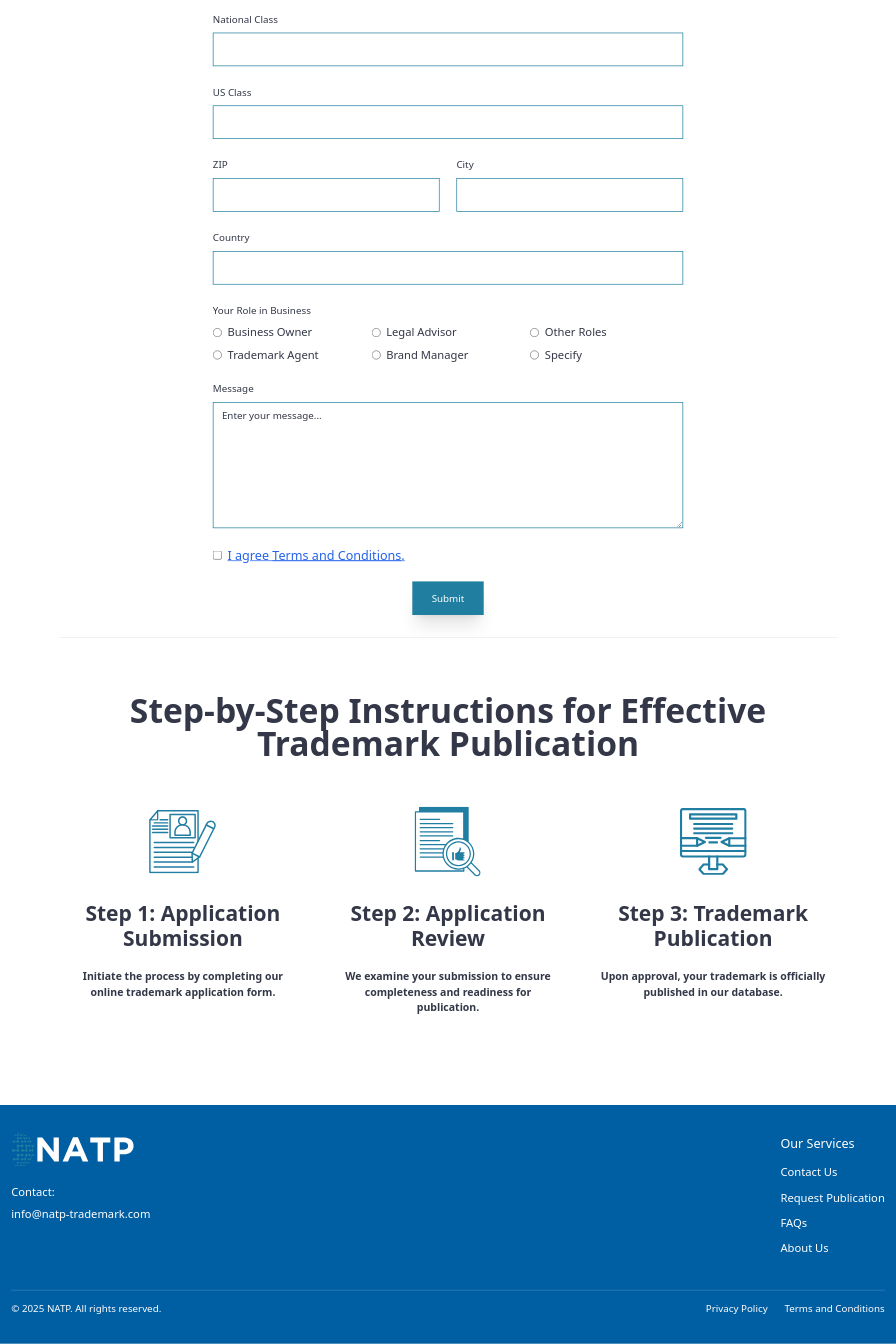
Repository: raushan22882917/natp-preview
Page: /apply
An editor plug-in stored every save of this project. The page is shown before and after the next save, followed by the edit.
The browser window is 1280 px wide. The pictures show the part of the page from y = 1421 to 3341 px (the page is 3341 px tall before and 3333 px after), at 70% of full size.
The project was rebuilt for these pictures with package versions that can differ from the ones it lists, and the page was loaded fresh each time. Also part of the build but not shown: vite.config.ts, src/components/ui/tooltip.tsx, src/components/Hero.tsx, src/hooks/use-hash-scroll.tsx, src/pages/Index.tsx, src/pages/About.tsx, src/components/TrademarkCard.tsx, src/pages/Search.tsx and 31 more.

Above is the page before, as saved 2025-05-10 23:55:21.

### index.html
<!DOCTYPE html>
<html lang="en">
  <head>
    <meta charset="UTF-8" />
    <meta name="viewport" content="width=device-width, initial-scale=1.0" />
    <title>NATP</title>
    <meta name="description" content="Trademark Publication and Registration Services" />
    <meta name="author" content="Trademark Publication" />
    <link rel="icon" type="image/png" href="/trade.png" />
    <link rel="apple-touch-icon" href="/trade.png" />

    <meta property="og:title" content="Trademark Publication" />
    <meta property="og:description" content="Trademark Publication and Registration Services" />
    <meta property="og:type" content="website" />
    <meta property="og:image" content="/images/og-image.png" />

    <meta name="twitter:card" content="summary_large_image" />
    <meta name="twitter:image" content="/images/og-image.png" />

    <!-- Start Single Page Apps for GitHub Pages -->
    <script type="text/javascript">
      // Single Page Apps for GitHub Pages/Vercel
      // MIT License
      // https://github.com/rafgraph/spa-github-pages
      (function(l) {
        if (l.search[1] === '/' ) {
          var decoded = l.search.slice(1).split('&').map(function(s) {
            return s.replace(/~and~/g, '&')
          }).join('?');
          window.history.replaceState(null, null,
              l.pathname.slice(0, -1) + decoded + l.hash
          );
        }
      }(window.location))
    </script>
    <!-- End Single Page Apps for GitHub Pages -->
  </head>

  <body>
    <div id="root"></div>
    <script type="module" src="/src/main.tsx"></script>
  </body>
</html>

### src/components/ui/toaster.tsx
import { useToast } from "@/hooks/use-toast"
import {
  Toast,
  ToastClose,
  ToastDescription,
  ToastProvider,
  ToastTitle,
  ToastViewport,
} from "@/components/ui/toast"

export function Toaster() {
  const { toasts } = useToast()

  return (
    <ToastProvider>
      {toasts.map(function ({ id, title, description, action, ...props }) {
        return (
          <Toast key={id} {...props}>
            <div className="grid gap-1">
              {title && <ToastTitle>{title}</ToastTitle>}
              {description && (
                <ToastDescription>{description}</ToastDescription>
              )}
            </div>
            {action}
            <ToastClose />
          </Toast>
        )
      })}
      <ToastViewport />
    </ToastProvider>
  )
}

### src/pages/Apply.tsx
import { useState } from "react";
import { Navbar } from "@/components/Navbar";
import { Input } from "@/components/ui/input";
import { Button } from "@/components/ui/button";
import { Checkbox } from "@/components/ui/checkbox";
import { Textarea } from "@/components/ui/textarea";
import { Label } from "@/components/ui/label";
import { handleApplicationSubmit } from "@/lib/form-handlers";
import { Footer } from "@/components/Footer";

export default function Apply() {
  const [formData, setFormData] = useState({
    first_name: "",
    last_name: "",
    email: "",
    phone: "",
    company: "",
    trademark: "",
    application_number: "",
    application_date: "",
    class: "",
    us_class: "",
    zip: "",
    city: "",
    country: "",
    role: "",
    message: "",
    agree: false,
  });

  const handleSubmit = async (e: React.FormEvent) => {
    e.preventDefault();
    if (await handleApplicationSubmit(formData)) {
      setFormData({
        first_name: "",
        last_name: "",
        email: "",
        phone: "",
        company: "",
        trademark: "",
        application_number: "",
        application_date: "",
        class: "",
        us_class: "",
        zip: "",
        city: "",
        country: "",
        role: "",
        message: "",
        agree: false,
      });
    }
  };

  return (
    <div className="min-h-screen">
      <Navbar />

      {/* Hero Section */}
      <div className=" min-h-[200px] flex items-center justify-center">
        <div className="text-center">
          <h1 className="text-3xl md:text-6xl font-semibold  mb-6 text-[#333747]">
          Application To Publish Your Trademark
          </h1>
          <p className="text-[20px] text-[#333747]">
          Submit your trademark to our exclusive database and enhance brand visibility today.
          </p>
        </div>
      </div>

      <div className="max-w-6xl mx-auto py-12 px-4">
        <div className="mb-12">

          <h2 className="text-5xl font-semibold mb-6 text-[#333747]">
          Strengthen Brand Visibility Through Trademark Publication
          </h2>
          <p className="text-[#333747] text-lg mb-10 font-semibold">
          The publication of a trademark is a key measure for establishing brand recognition and building credibility. By making your trademark publicly accessible, you position your brand for increased distinction within a competitive market environment.
          </p>
          <ul className="space-y-2">
            <li className="flex items-center gap-2">
              <div className="w-7 h-7 flex items-center justify-center">
                <img
                  src="/images/1.svg"
                  alt=""
                />
              </div>
              <span className="font-semibold text-[#333747]">
                Enhance recognition and strengthen your brand’s position in the market.
              </span>
            </li>
            <li className="flex items-center gap-2">
              <div className="w-7 h-7 flex items-center justify-center">
                <img
                  src="/images/1.svg"
                  alt=""
                />
              </div>
              <span className="font-semibold text-[#333747]">
              Enhance recognition and strengthen your brand’s position in the market.
              </span>
            </li>
            <li className="flex items-center gap-2">
              <div className="w-7 h-7 flex items-center justify-center">
                <img
                  src="/images/1.svg"
                  alt=""
                />
              </div>
              <span className="font-semibold text-[#333747]">
              Appeal to prospective clients by presenting a clearly defined and protected trademark.
              </span>
            </li>
          </ul>
        </div>

        <div className=" p-8 rounded-lg shadow-sm">
          <h3 className="text-4xl font-semibold mb-6 text-center text-[#333747]">
            Trademark Inquiry
          </h3>
          <p className="text-[#333747] mb-8 text-center text-xl">
          Please fill out the form to initiate your trademark publication request.
          </p>

          <form onSubmit={handleSubmit} className="max-w-2xl mx-auto space-y-6">
            <div className="grid md:grid-cols-2 gap-6">
              <div className="space-y-2">
                <Label htmlFor="firstName" className="text-[#333747]">
                  First Name
                </Label>
                <Input
                  id="firstName"
                  value={formData.first_name}
                  className="h-[48px] text-[#333747] border border-[#207ea0]"
                  onChange={(e) =>
                    setFormData((prev) => ({
                      ...prev,
                      first_name: e.target.value,
                    }))
                  }
                  required
                />
              </div>
              <div className="space-y-2">
                <Label htmlFor="lastName" className="text-[#333747]">
                  Last Name
                </Label>
                <Input
                  id="lastName"
                  className="h-[48px] text-[#333747] border border-[#207ea0]"
                  value={formData.last_name}
                  onChange={(e) =>
                    setFormData((prev) => ({
                      ...prev,
                      last_name: e.target.value,
                    }))
                  }
                  required
                />
              </div>
            </div>

            <div className="grid md:grid-cols-2 gap-6">
              <div className="space-y-2">
                <Label htmlFor="email" className="text-[#333747]">
                  Email
                </Label>
                <Input
                  id="email"
                  className="h-[48px] text-[#333747] border border-[#207ea0]"
                  type="email"
                  value={formData.email}
                  onChange={(e) =>
                    setFormData((prev) => ({ ...prev, email: e.target.value }))
                  }
                  required
                />
              </div>
              <div className="space-y-2">
                <Label htmlFor="phone" className="text-[#333747]">
                  Phone Number
                </Label>
                <Input
                  id="phone"
                  className="h-[48px] text-[#333747] border border-[#207ea0]"
                  type="tel"
                  value={formData.phone}
                  onChange={(e) =>
                    setFormData((prev) => ({ ...prev, phone: e.target.value }))
                  }
                  required
                />
              </div>
            </div>

            <div className="space-y-2">
              <Label htmlFor="company" className="text-[#333747]">
                Owner
              </Label>
              <Input
                id="company"
                className="h-[48px] text-[#333747] border border-[#207ea0]"
                value={formData.company}
                onChange={(e) =>
                  setFormData((prev) => ({ ...prev, company: e.target.value }))
                }
                required
              />
            </div>

            <div className="space-y-2">
              <Label htmlFor="trademark" className="text-[#333747]">
                Mark
              </Label>
              <Input
                id="trademark"
                className="h-[48px] text-[#333747] border border-[#207ea0]"
                value={formData.trademark}
                onChange={(e) =>
                  setFormData((prev) => ({
                    ...prev,
                    trademark: e.target.value,
                  }))
                }
                required
              />
            </div>

            <div className="grid md:grid-cols-2 gap-6">
              <div className="space-y-2">
                <Label htmlFor="application-number" className="text-[#333747]">
                  Application Number
                </Label>
                <Input
                  id="application-number"
                  className="h-[48px] text-[#333747] border border-[#207ea0]"
                  value={formData.application_number}
                  onChange={(e) =>
                    setFormData((prev) => ({
                      ...prev,
                      application_number: e.target.value,
                    }))
                  }
                />
              </div>
              <div className="space-y-2">
                <Label htmlFor="application-date" className="text-[#333747]">
                  Application Date
                </Label>
                <Input
                  id="application-date"
                  className="h-[48px] text-[#333747] border border-[#207ea0]"
                  type="date"
                  value={formData.application_date}
                  onChange={(e) =>
                    setFormData((prev) => ({
                      ...prev,
                      application_date: e.target.value,
                    }))
                  }
                />
              </div>
            </div>

            <div className="space-y-2">
              <Label htmlFor="class" className="text-[#333747]">
                National Class
              </Label>
              <Input
                id="class"
                className="h-[48px] text-[#333747] border border-[#207ea0]"
                value={formData.class}
                placeholder=""
                onChange={(e) =>
                  setFormData((prev) => ({ ...prev, class: e.target.value }))
                }
              />
            </div>

            <div className="space-y-2">
              <Label htmlFor="us_class" className="text-[#333747]">
                US Class
              </Label>
              <Input
                id="us_class"
                className="h-[48px] text-[#333747] border border-[#207ea0]"
                placeholder=""
                value={formData.us_class}
                onChange={(e) =>
                  setFormData((prev) => ({ ...prev, us_class: e.target.value }))
                }
              />
            </div>

            <div className="grid md:grid-cols-2 gap-6">
              <div className="space-y-2">
                <Label htmlFor="zip" className="text-[#333747]">
                  ZIP
                </Label>
                <Input
                  id="zip"
                  className="h-[48px] text-[#333747] border border-[#207ea0]"
                  value={formData.zip}
                  onChange={(e) =>
                    setFormData((prev) => ({ ...prev, zip: e.target.value }))
                  }
                />
              </div>
              <div className="space-y-2">
                <Label htmlFor="city" className="text-[#333747]">
                  City
                </Label>
                <Input
                  id="city"
                  value={formData.city}
                  className="h-[48px] text-[#333747] border border-[#207ea0]"
                  placeholder=""
                  onChange={(e) =>
                    setFormData((prev) => ({ ...prev, city: e.target.value }))
                  }
                />
              </div>
            </div>

            <div className="space-y-2">
              <Label htmlFor="country" className="text-[#333747]">
                Country
              </Label>
              <Input
                id="country"
                value={formData.country}
                className="h-[48px] text-[#333747] border border-[#207ea0]"
                onChange={(e) =>
                  setFormData((prev) => ({ ...prev, country: e.target.value }))
                }
              />
            </div>

            <div className="space-y-2">
              <Label className="text-[#333747]">Your Role in Business</Label>
              <div className="grid grid-cols-2 gap-2 md:grid-cols-3">
                {[
                  "Business Owner",
                  "Legal Advisor",
                  "Other Roles",
                  "Trademark Agent",
                  "Brand Manager",
                  "Specify",
                ].map((role) => (
                  <label
                    key={role}
                    className="flex items-center space-x-2 text-[#333747]">
                    <input
                      type="radio"
                      name="role"
                      value={role}
                      className="text-[#333747] "
                      checked={formData.role === role}
                      onChange={(e) =>
                        setFormData((prev) => ({ ...prev, role: e.target.value }))
                      }
                    />
                    <span>{role}</span>
                  </label>
                ))}
              </div>
            </div>

            <div className="space-y-2">
              <Label htmlFor="message" className="text-[#333747]">
                Message
              </Label>
              <Textarea
                id="message"
                className="h-[180px] text-[#333747] border border-[#207ea0]"
                placeholder="Enter your message..."
                value={formData.message}
                onChange={(e) =>
                  setFormData((prev) => ({ ...prev, message: e.target.value }))
                }
              />
            </div>

            <div className="flex items-center space-x-2">
              <input
                type="checkbox"
                id="agree"
                checked={formData.agree}
                onChange={(e) =>
                  setFormData((prev) => ({ ...prev, agree: e.target.checked }))
                }
              />
              <Label htmlFor="agree" className="font-normal text-lg text-blue-600 underline">
  I agree <a href="/terms">Terms and Conditions</a>.
</Label>

              {/* <Label htmlFor="agree" className="font-normal text-lg text-[#333747]">I agree to the terms.</Label> */}
            </div>
            <div className="flex justify-center items-center">
              <Button type="submit" className=" bg-[#207ea0] text-white hover:bg-[#207ea0] px-7 py-6 shadow-xl">
                Submit
              </Button>
            </div>
          </form>
        </div>

        <section className="py-20">
          <div className="max-w-7xl mx-auto px-4 text-center">
            {/* Title */}
            <h2 className="text-3xl md:text-5xl font-semibold text-[#333747] mb-14 leading-snug text-center">
            Step-by-Step Instructions for Effective Trademark Publication
            </h2>

            {/* Values */}
            <div className="grid grid-cols-1 md:grid-cols-3 gap-12">
              {/* Item 1 */}
              <div className="flex flex-col items-center text-center">
                <img
                  src="/images/Step 1.svg"
                  alt="Professionalism Icon"
                  className="w-[120px] h-[120px] mb-6"
                />
                <h4 className="text-3xl font-semibold text-[#333747] mb-6">
                Step 1: Application Submission
                </h4>
                <p className="text-[#333747] font-semibold text-[15px]">
                Initiate the process by completing our online trademark application form.
                </p>
              </div>

              {/* Item 2 */}
              <div className="flex flex-col items-center text-center">
                <img
                  src="/images/Step 2.svg"
                  alt="Client-Centric Icon"
                  className="w-[120px] h-[120px] mb-6"
                />
                <h4 className="text-3xl font-semibold text-[#333747] mb-6">
                Step 2: Application Review
                </h4>
                <p className="text-[#333747] font-semibold text-[15px]">
                We examine your submission to ensure completeness and readiness for publication.
                </p>
              </div>

              {/* Item 3 */}
              <div className="flex flex-col items-center text-center">
                <img
                  src="/images/Step 3.svg"
                  alt="Improvement Icon"
                  className="w-[120px] h-[120px] mb-6"
                />
                <h4 className="text-3xl font-semibold text-[#333747] mb-6">
                Step 3: Trademark Publication
                </h4>
                <p className="text-[#333747] font-semibold text-[15px]">
                Upon approval, your trademark is officially published in our database.
                </p>
              </div>
            </div>
          </div>
        </section>
      </div>
      <Footer />
    </div>
  );
}

### src/integrations/supabase/client.ts
// This file is automatically generated. Do not edit it directly.
import { createClient } from '@supabase/supabase-js';
import type { Database } from './types';

const SUPABASE_URL = "https://koljfqumuugekkvmupcx.supabase.co";
const SUPABASE_PUBLISHABLE_KEY = "eyJhbGciOiJIUzI1NiIsInR5cCI6IkpXVCJ9.eyJpc3MiOiJzdXBhYmFzZSIsInJlZiI6ImtvbGpmcXVtdXVnZWtrdm11cGN4Iiwicm9sZSI6ImFub24iLCJpYXQiOjE3NDU2NDUxNTIsImV4cCI6MjA2MTIyMTE1Mn0.q_Ti5BMmR2LXbXDshiDIVzI6Ke7A7XIIEcrrj0AxdqI";

// Import the supabase client like this:
// import { supabase } from "@/integrations/supabase/client";

export const supabase = createClient<Database>(SUPABASE_URL, SUPABASE_PUBLISHABLE_KEY);

### src/components/ui/label.tsx
import * as React from "react"
import * as LabelPrimitive from "@radix-ui/react-label"
import { cva, type VariantProps } from "class-variance-authority"

import { cn } from "@/lib/utils"

const labelVariants = cva(
  "text-sm font-medium leading-none peer-disabled:cursor-not-allowed peer-disabled:opacity-70"
)

const Label = React.forwardRef<
  React.ElementRef<typeof LabelPrimitive.Root>,
  React.ComponentPropsWithoutRef<typeof LabelPrimitive.Root> &
    VariantProps<typeof labelVariants>
>(({ className, ...props }, ref) => (
  <LabelPrimitive.Root
    ref={ref}
    className={cn(labelVariants(), className)}
    {...props}
  />
))
Label.displayName = LabelPrimitive.Root.displayName

export { Label }

### src/components/ui/textarea.tsx
import * as React from "react"

import { cn } from "@/lib/utils"

export interface TextareaProps
  extends React.TextareaHTMLAttributes<HTMLTextAreaElement> {}

const Textarea = React.forwardRef<HTMLTextAreaElement, TextareaProps>(
  ({ className, ...props }, ref) => {
    return (
      <textarea
        className={cn(
          "flex min-h-[80px] w-full rounded-md border border-input bg-background px-3 py-2 text-sm ring-offset-background placeholder:text-muted-foreground focus-visible:outline-none focus-visible:ring-2 focus-visible:ring-ring focus-visible:ring-offset-2 disabled:cursor-not-allowed disabled:opacity-50",
          className
        )}
        ref={ref}
        {...props}
      />
    )
  }
)
Textarea.displayName = "Textarea"

export { Textarea }

Loaded but not shown: src/main.tsx (common file); src/hooks/use-toast.ts (common file); src/lib/utils.ts (common file); src/components/Navbar.tsx (231 lines, source omitted); src/components/ui/navigation-menu.tsx (128 lines, source omitted); src/components/ui/toast.tsx (127 lines, source omitted); src/components/ui/sheet.tsx (130 lines, source omitted); tailwind.config.ts (103 lines, source omitted); src/components/Footer.tsx (79 lines, source omitted); src/lib/form-handlers.ts (94 lines, source omitted); src/App.tsx (57 lines, source omitted); src/components/ui/button.tsx (56 lines, source omitted); src/index.css (68 lines, source omitted); src/components/ui/sonner.tsx (29 lines, source omitted); src/components/ui/input.tsx (22 lines, source omitted)

After the next save:
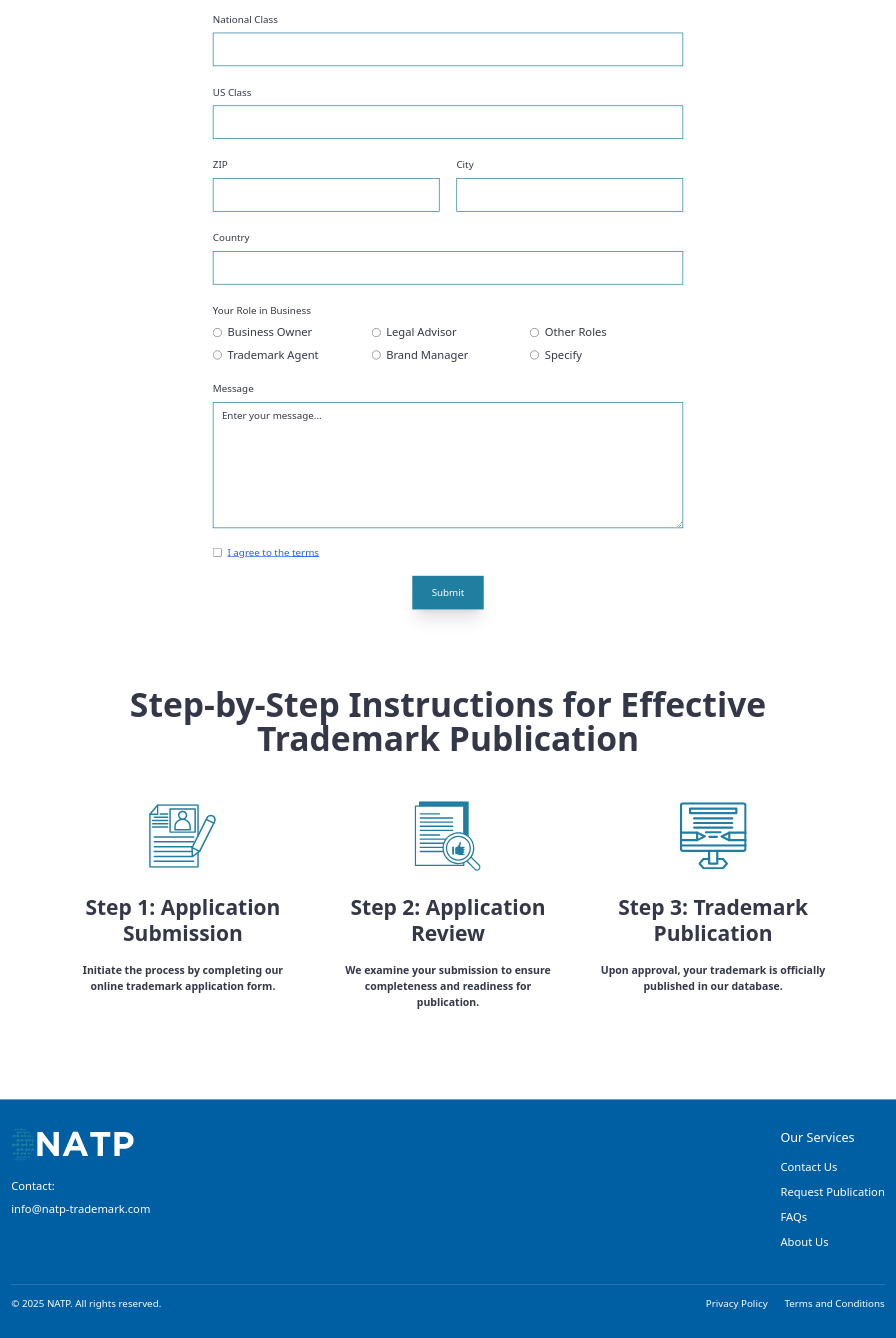
Saved 15 h 7 min later.
--- a/src/pages/Apply.tsx
+++ b/src/pages/Apply.tsx
@@ -390,9 +390,10 @@ export default function Apply() {
                   setFormData((prev) => ({ ...prev, agree: e.target.checked }))
                 }
               />
-              <Label htmlFor="agree" className="font-normal text-lg text-blue-600 underline">
-  I agree <a href="/terms">Terms and Conditions</a>.
+              <Label htmlFor="terms" className="text-sm text-blue-600 underline">
+  I agree to the <a href="/terms" className="underline">terms</a>
 </Label>
+
 
               {/* <Label htmlFor="agree" className="font-normal text-lg text-[#333747]">I agree to the terms.</Label> */}
             </div>
